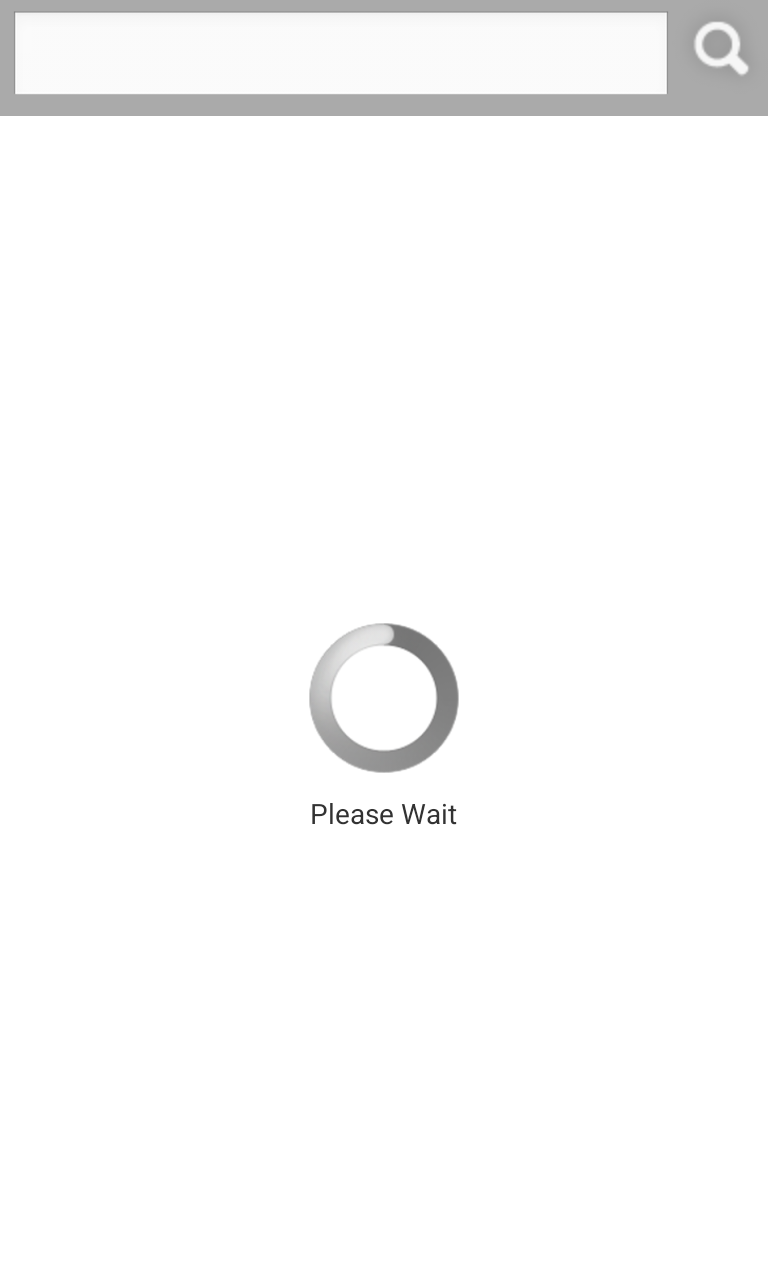
Repository: galihandy/chessboard
Layout: ArsenalIndonesia/res/layout/multiview.xml
The author's editor kept a copy of each file at every save. The layout is drawn from the files as they stood at one save, then again after the next save.
It is drawn on a 768 x 1280 px phone screen (xhdpi) without system bars, with theme android:Theme.Light.NoTitleBar; the app's code is not run. Lists and similar views that code fills are empty.

Above is the layout before, as saved 2013-02-16 04:29:00.

### ArsenalIndonesia/res/layout/multiview.xml
<?xml version="1.0" encoding="utf-8"?>
<RelativeLayout xmlns:android="http://schemas.android.com/apk/res/android"
    android:id="@+id/sampleLayoutExample"
    android:layout_width="fill_parent"
    android:layout_height="fill_parent"
    android:orientation="vertical" >

    <RelativeLayout
        android:id="@+id/search_layout"
        android:layout_width="match_parent"
        android:layout_height="wrap_content"
        android:background="@android:color/darker_gray" >

        <ImageView
            android:id="@+id/search_img"
            android:layout_width="wrap_content"
            android:layout_height="wrap_content"
            android:src="@drawable/icon_search"
            android:layout_alignParentRight="true" />
        <EditText android:id="@+id/search_edittext"
            android:layout_height="wrap_content"
            android:layout_width="match_parent"
            android:layout_toLeftOf="@id/search_img"
            android:layout_marginLeft="5dip"
            android:layout_marginTop="5dip"
            android:layout_marginBottom="5dip"/>
    </RelativeLayout>

    <RelativeLayout
        android:id="@+id/loadingRelLayout"
        android:layout_width="fill_parent"
        android:layout_height="fill_parent"
        android:layout_below="@id/search_layout"
        android:orientation="vertical" >

        <!-- Your Content view here -->

        <ProgressBar
            android:id="@+id/progress_bar"
            style="?android:attr/progressBarStyleLarge"
            android:layout_width="wrap_content"
            android:layout_height="wrap_content"
            android:layout_centerHorizontal="true"
            android:layout_centerVertical="true"
            android:paddingBottom="10dp"
            android:paddingTop="10dp" />

        <TextView
            android:id="@+id/waitting_textview"
            android:layout_width="wrap_content"
            android:layout_height="wrap_content"
            android:layout_below="@+id/progress_bar"
            android:layout_centerHorizontal="true"
            android:text="@string/please_wait" />
    </RelativeLayout>

    <RelativeLayout
        xmlns:tools="http://schemas.android.com/tools"
        android:id="@+id/listRelLayout"
        android:layout_width="match_parent"
        android:layout_height="match_parent"
        android:layout_below="@id/search_layout"
        android:orientation="vertical" >

        <!-- Your Content view here -->

        <ListView
            android:id="@+id/listview"
            android:layout_width="fill_parent"
            android:layout_height="match_parent"
            tools:context=".FeaturedActivity" />
    </RelativeLayout>

    <RelativeLayout
        xmlns:tools="http://schemas.android.com/tools"
        android:id="@+id/noDataRelLayout"
        android:layout_width="match_parent"
        android:layout_height="match_parent"
        android:layout_below="@id/search_layout"
        android:orientation="vertical" >

        <TextView
            android:id="@+id/no_data_textview"
            android:layout_width="wrap_content"
            android:layout_height="wrap_content"
            android:layout_centerInParent="true"
            android:textSize="20dp" />
    </RelativeLayout>

</RelativeLayout>

### ArsenalIndonesia/res/values/strings.xml
<resources>

    <string name="app_name">Arsenal Indonesia</string>
    <string name="reg_pg_title_lbl">Based on Regional</string>
    <string name="saved_pg_title_lbl">My AIS Event List</string>
    <string name="hello_world">Hello world!</string>
    <string name="menu_settings">Settings</string>
    <string name="search_hint">Search event</string>
    <string name="title_activity_main">Arsenal Indonesia</string>
    <string name="title_activity_featured">Featured</string>
    <string name="title_activity_ticket">Ticket</string>
    <string name="title_activity_myticket">My Ticket</string>
    <string name="please_wait">Please Wait</string>
    <string name="regional_lbl">Regional :</string>
    <string name="date_lbl">Date :</string>
    <string name="description_lbl">Description :</string>
    <string name="ticket">Ticket</string>
	<string name="contact">Contact</string>
	<string name="category">Category</string>
	<string name="author">Author</string>
    <string name="detail_event_add_menu_title">Add to My Event</string>
    <string name="detail_event_rmv_menu_title">Remove from My Event</string>
    <string name="search_event_title">Search Event</string>
    <string name="no_saved_event">No event saved</string>

</resources>

After the next save:
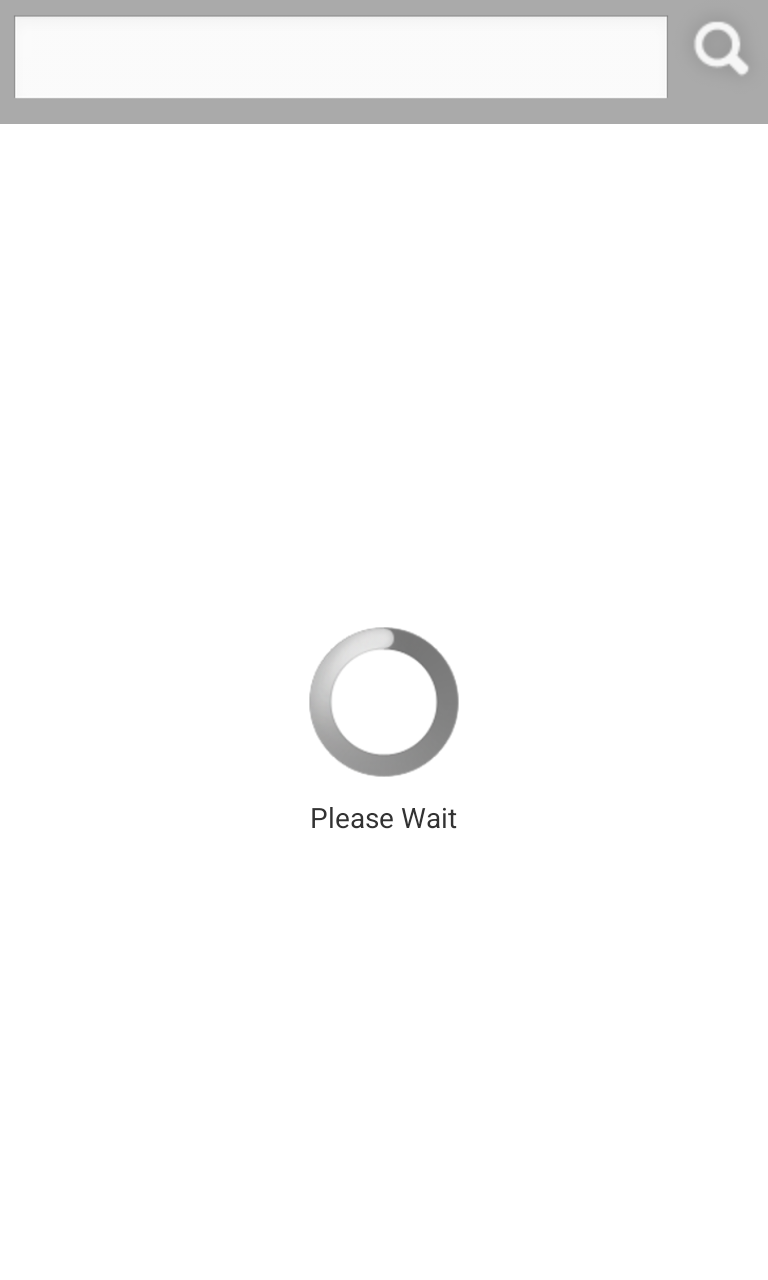
Saved 32 s later.
--- a/ArsenalIndonesia/res/layout/multiview.xml
+++ b/ArsenalIndonesia/res/layout/multiview.xml
@@ -22,8 +22,8 @@
             android:layout_width="match_parent"
             android:layout_toLeftOf="@id/search_img"
             android:layout_marginLeft="5dip"
-            android:layout_marginTop="5dip"
-            android:layout_marginBottom="5dip"/>
+            android:layout_marginTop="7dip"
+            android:layout_marginBottom="7dip"/>
     </RelativeLayout>
 
     <RelativeLayout
